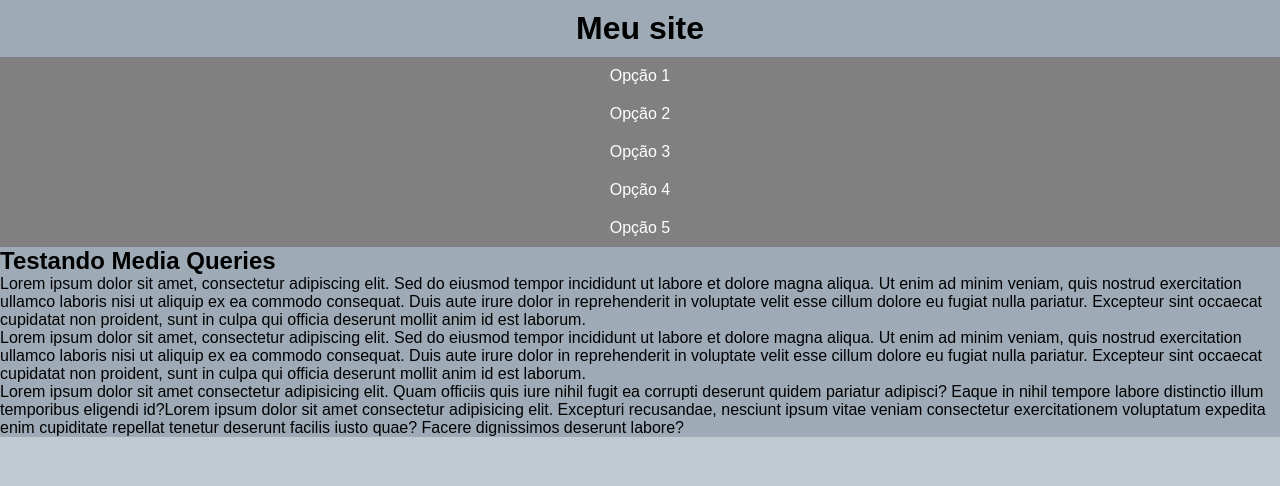
Repository: Sandro1969-tech/menu-hamburger
Page: index.html
An editor plug-in stored every save of this project. The page is shown before and after a run of saves, followed by the edit.
The browser window is 1280 px wide. The pictures show the whole page.

Above is the page before, as saved 2025-12-25 18:08:56.

After the next 2 saves:
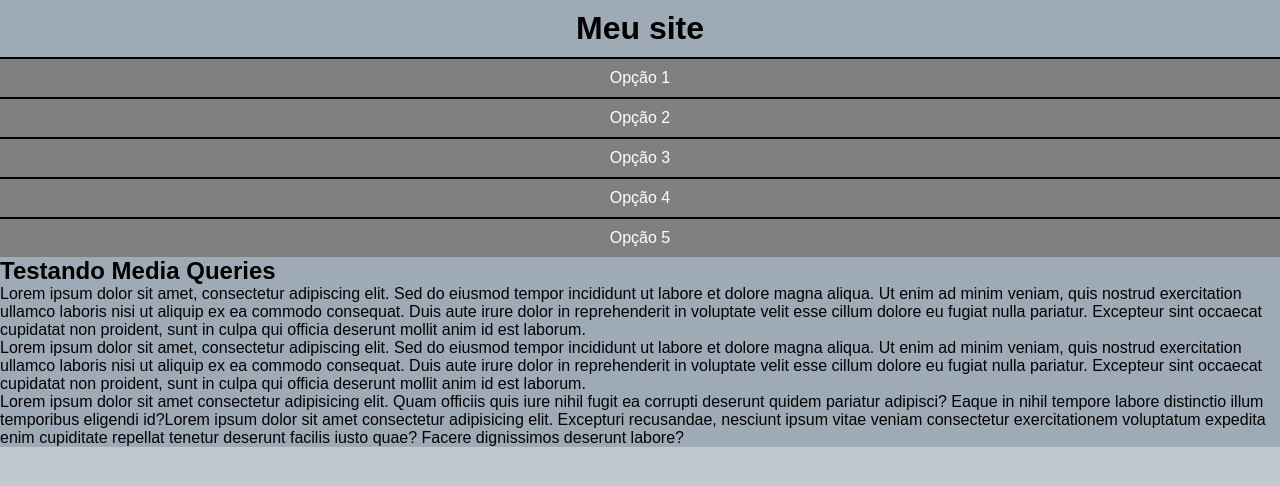
The 2 saves are shown as one change because they came seconds apart.
The last was saved 15 s later.
--- a/style.css
+++ b/style.css
@@ -33,5 +33,5 @@ menu a {
     background-color: grey;
     text-align: center;
     color: white;
-    border-top: ;
+    border-top: 2px solid black;
 }
